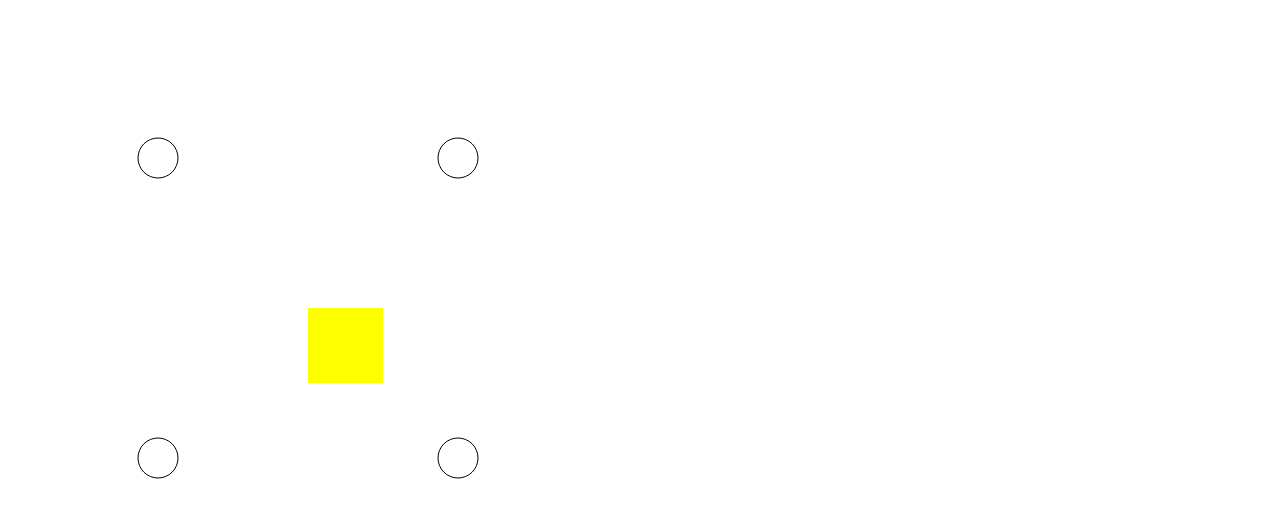
Repository: facio313/Python
Page: HELLO_PYTHON/day17/templates/canvas.html
The author's editor kept a copy of each file at every save. The page is drawn from the files as they stood at one save, then again after the next save.
The browser window is 1280 px wide. The pictures show the whole page.

Above is the page before, as saved 2022-12-15 10:39:07.

### HELLO_PYTHON/day17/templates/canvas.html
<!DOCTYPE html>
<html>
<head>
<meta charset="UTF-8">
<title>Insert title here</title>
</head>
<body onload="loader()">
<script>
function loader(){
	var canvas = document.getElementById( "canvas" );   // canvas 객체
	var ctx = canvas.getContext( "2d" );      // 2d canvas 획득

	ctx.beginPath();
	ctx.arc(150, 150, 20, 0, Math.PI*2, false );
	ctx.stroke();

	ctx.beginPath();
	ctx.arc(450, 150, 20, 0, Math.PI*2, false );
	ctx.stroke();

	ctx.beginPath();
	ctx.arc(450, 450, 20, 0, Math.PI*2, false );
	ctx.stroke();

	ctx.beginPath();
	ctx.arc(150, 450, 20, 0, Math.PI*2, false );
	ctx.stroke();

	ctx.fillStyle = "rgba(255, 255, 0, 1)";
	ctx.fillRect (300, 300, 75, 75);
}
</script>

 <canvas id="canvas" width="600" height="500"/>

</body>
</html>

After the next save:
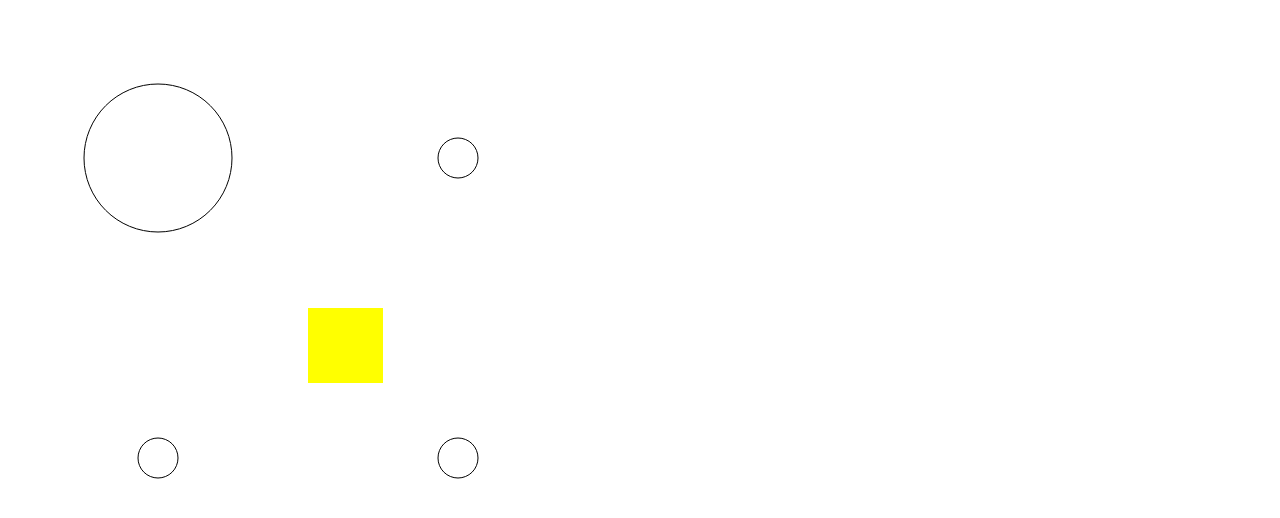
Saved 11 s later.
--- a/HELLO_PYTHON/day17/templates/canvas.html
+++ b/HELLO_PYTHON/day17/templates/canvas.html
@@ -11,7 +11,7 @@ function loader(){
 	var ctx = canvas.getContext( "2d" );      // 2d canvas 획득
 
 	ctx.beginPath();
-	ctx.arc(150, 150, 20, 0, Math.PI*2, false );
+	ctx.arc(150, 150, 74, 0, Math.PI*2, false );
 	ctx.stroke();
 
 	ctx.beginPath();
